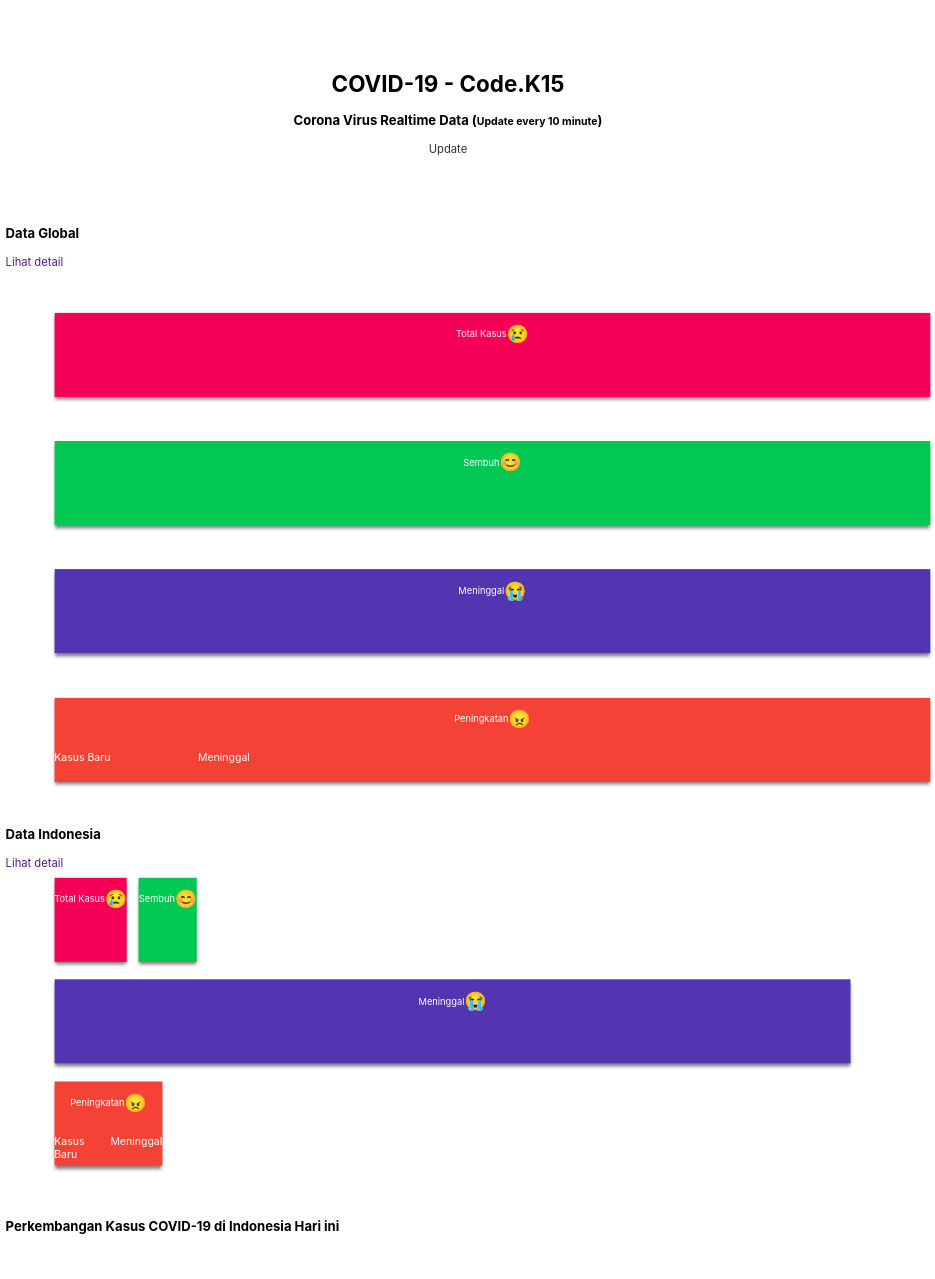
Repository: fathur15/covid19-monitoring
Page: http://localhost/covid19/apps/views/data/main/dashboard.php
The author's editor kept a copy of each file at every save. The page is drawn from the files as they stood at one save, then again after the next save.
The browser window is 1280 px wide. The page is 1335 px wide, so the pictures cover 1335 px, including what lies to the right of the window. The pictures show the whole page, at 70% of full size.
The page is run by PHP 8.4 with error messages shown; the project is at /var/www/html/.

Above is the page before, as saved 2020-04-17 11:13:10.

### apps/views/data/main/dashboard.php

<style>
    *{
        font-family: -apple-system, BlinkMacSystemFont, 'Segoe UI', Roboto, Oxygen, Ubuntu, Cantarell, 'Open Sans', 'Helvetica Neue', sans-serif
    }
    .resume p, h5{
        color: white;
        font-weight: 400;
    }
    .shadow-box{
        -webkit-box-shadow: 0 15px 10px #777;
        -moz-box-shadow: 0 15px 10px #777;
        box-shadow: 0 5px 5px #777;

    }
    .content-main-wrapper{
        margin: 5% 0;
    }
    /* .shadow-box:after{
        -webkit-transform: rotate(3deg);
        -moz-transform: rotate(3deg);
        -o-transform: rotate(3deg);
        -ms-transform: rotate(3deg);
        transform: rotate(3deg);
        right: 10px;
        left: auto;
    } */

</style>
<div class="content">
    <div class="heading" style="margin: 100px 30%; text-align: center">
        <h1>COVID-19 - Code.K15</h1>
        <h3>Corona Virus Realtime Data (<small style="font-size: 15px">Update every 10 minute</small>)</h3>
        <p id="date-update" style="color: #353030;">Update</p>
    </div>
    <div class="main">
        <div class="container">
            <div class="row content-main-wrapper">
                <div class="head-main-content">
                    <h3>Data Global</h3>
                    <a style="text-decoration: none" href="">Lihat detail  <i class="fas fa-long-arrow-alt-right" aria-hidden="true"></i></a>
                </div>
                <div id="resumeGlobal" class="row resume" style="width: 100%; margin: 0 5%" >
                        <div class="card col-sm-3 shadow-box" style="background: #f50057; margin:5% 0.5%; align-items: center; height: 120px ">
                            <div class="card-body">
                                <div style="flex-direction: row; display: flex; justify-content: center; align-items: center">
                                    <h5 id="title-kasus-global" class="card-text">Total Kasus</h5>
                                    <span style="color: black; font-size: 25px; text-shadow: 0 0 0 yellow">&#x1F622</span>
                                </div>
                                <p class="card-text" id="kasus-global"></p>
                            </div>
                        </div>
                        <div class="col-sm-3 shadow-box" style="background: #00c853; margin: 5% 0.5%; align-items: center; height: 120px ">
                            <div class="card-body">
                                <div style="flex-direction: row; display: flex; justify-content: center; align-items: center">
                                    <h5 id="title-kasus-global" class="card-text">Sembuh</h5>
                                    <span style="color: black; font-size: 25px; text-shadow: 0 0 0 yellow">&#x1F60A</span>
                                </div>
                                <p class="card-text" id="sembuh-global"></p>
                                <!-- <p style="">Orang</p> -->
                            </div>
                        </div>
                        <div class=" card col-sm-3 shadow-box" style="margin:5% 0.5%;height: 120px;align-items: center;  background :#5335b1">
                            <div class="card-body">
                                <div style="flex-direction: row; display: flex; justify-content: center; align-items: center;">
                                    <h5 id="title-kasus-global" class="card-text">Meninggal</h5>
                                    <span style="color: black; font-size: 25px; text-shadow: 0 0 0 yellow">&#x1F62D</span>
                                </div>
                                <p class="card-text" id="meninggal-global"></p>
                                <!-- <p style="">Orang</p> -->
                            </div>
                        </div>
                        <div class="card col-sm-3 shadow-box" style="margin:5% 0.5%; height: 120px; background: #f44336">
                            <div class="card-body">
                                <div style="flex-direction: row; display: flex; justify-content: center; align-items: center;">
                                    <h5 id="title-kasus-global" class="card-text">Peningkatan</h5>
                                    <span style="color: black; font-size: 25px; text-shadow: 0 0 0 yellow">&#x1F620</span>
                                </div>
                                <div style="flex-direction: row; display: flex;">
                                    <p style="font-size: 15px">Kasus Baru</p>
                                    <p style="margin-left: 10%; font-size: 15px">Meninggal </p>
                                </div>
                                <div style="display: flex; margin-top: -9%">
                                    <p style="font-size: 15px" class="card-text" id="kasus-baru-global"></p>
                                    <p style="margin-left: 10%; font-size: 15px" class="card-text" id="meninggal-baru-global"></p>
                                </div>
                            </div>
                        </div>
                    </div>
                </div>
            <div class="row content-main-wrapper" >
                <div class="head-main-content">
                    <h3>Data Indonesia</h3>
                    <a style="text-decoration: none" href="">Lihat detail  <i class="fas fa-long-arrow-alt-right" aria-hidden="true"></i></a>
                </div>
                <div id="resumeIndonesia" class="row resume" style="width: 100%; margin: 0 5%;" >
                    <div class="card col-md-3 shadow-box" style="background: #f50057; margin: 1% 0.5%; display: inline-block; align-items: center; height: 120px ">
                        <div class="card-body">
                            <div style="flex-direction: row; display: flex; justify-content: center; align-items: center">
                                <h5 id="title-kasus-indonesia" class="card-text">Total Kasus</h5>
                                <span style="color: black; font-size: 25px; text-shadow: 0 0 0 yellow">&#x1F622</span>
                            </div>
                            <p style="font-size: 14px" class="card-text" id="kasus-indonesia"></p>
                        </div>
                    </div>
                    <div class="card col-md-3 shadow-box" style="background: #00c853; margin: 1% 0.5%; display: inline-block; align-items: center; height: 120px ">
                        <div class="card-body">
                            <div style="flex-direction: row; display: flex; justify-content: center; align-items: center">
                                <h5 id="title-kasus-indonesia" class="card-text">Sembuh</h5>
                                <span style="color: black; font-size: 25px; text-shadow: 0 0 0 yellow">&#x1F60A</span>
                            </div>
                            <p class="card-text" id="sembuh-indonesia"></p>
                        </div>
                    </div>
                    <div class="card col-md-3 shadow-box" style="margin: 1% 0.5%; display: inline-block; height: 120px;align-items: center; width: 90%;  background :#5335b1">
                        <div class="card-body">
                            <div style="flex-direction: row; display: flex; justify-content: center; align-items: center;">
                                <h5 id="title-kasus-indonesia" class="card-text">Meninggal</h5>
                                <span style="color: black; font-size: 25px; text-shadow: 0 0 0 yellow">&#x1F62D</span>
                            </div>
                            <p class="card-text" id="meninggal-indonesia"></p>
                        </div>
                    </div>
                    <div class="card col-md-3 shadow-box" style="margin: 1% 0.5%; display: inline-block; height: 120px; background: #f44336">
                        <div class="card-body">
                            <div style="flex-direction: row; display: flex; justify-content: center; align-items: center;">
                                <h5 id="title-kasus-indonesia" class="card-text">Peningkatan</h5>
                                <span style="color: black; font-size: 25px; text-shadow: 0 0 0 yellow">&#x1F620</span>
                            </div>
                            <div style="flex-direction: row; display: flex;">
                                <p style="font-size: 15px">Kasus Baru</p>
                                <p style="margin-left: 10%; font-size: 15px">Meninggal </p>
                            </div>
                            <div style="display: flex; margin-top: -9%">
                                <p style="font-size: 15px" class="card-text" id="kasus-baru-indonesia"></p>
                                <p style="margin-left: 10%; font-size: 15px" class="card-text" id="meninggal-baru-indonesia"></p>
                            </div>
                        </div>
                    </div>
                </div>
            </div>
            <div class="row content-main-wrapper" >
                <div class="head-main-content">
                    <h3>Perkembangan Kasus COVID-19 di Indonesia Hari ini</h3>
                </div>
            </div>
        </div>
    </div>
</div>

After the next save:
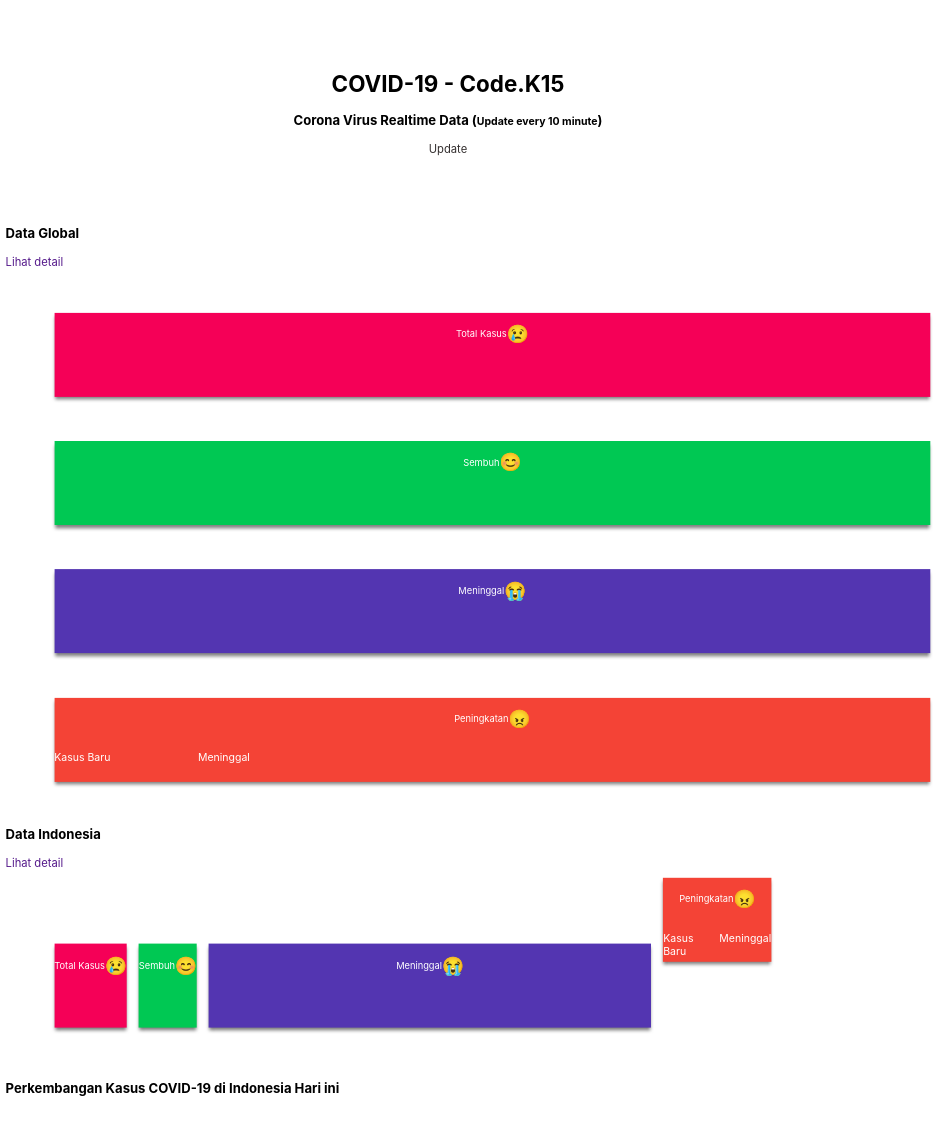
Saved 11 s later.
--- a/apps/views/data/main/dashboard.php
+++ b/apps/views/data/main/dashboard.php
@@ -112,7 +112,7 @@
                             <p class="card-text" id="sembuh-indonesia"></p>
                         </div>
                     </div>
-                    <div class="card col-md-3 shadow-box" style="margin: 1% 0.5%; display: inline-block; height: 120px;align-items: center; width: 90%;  background :#5335b1">
+                    <div class="card col-md-3 shadow-box" style="margin: 1% 0.5%; display: inline-block; height: 120px;align-items: center; width: 50%;  background :#5335b1">
                         <div class="card-body">
                             <div style="flex-direction: row; display: flex; justify-content: center; align-items: center;">
                                 <h5 id="title-kasus-indonesia" class="card-text">Meninggal</h5>
